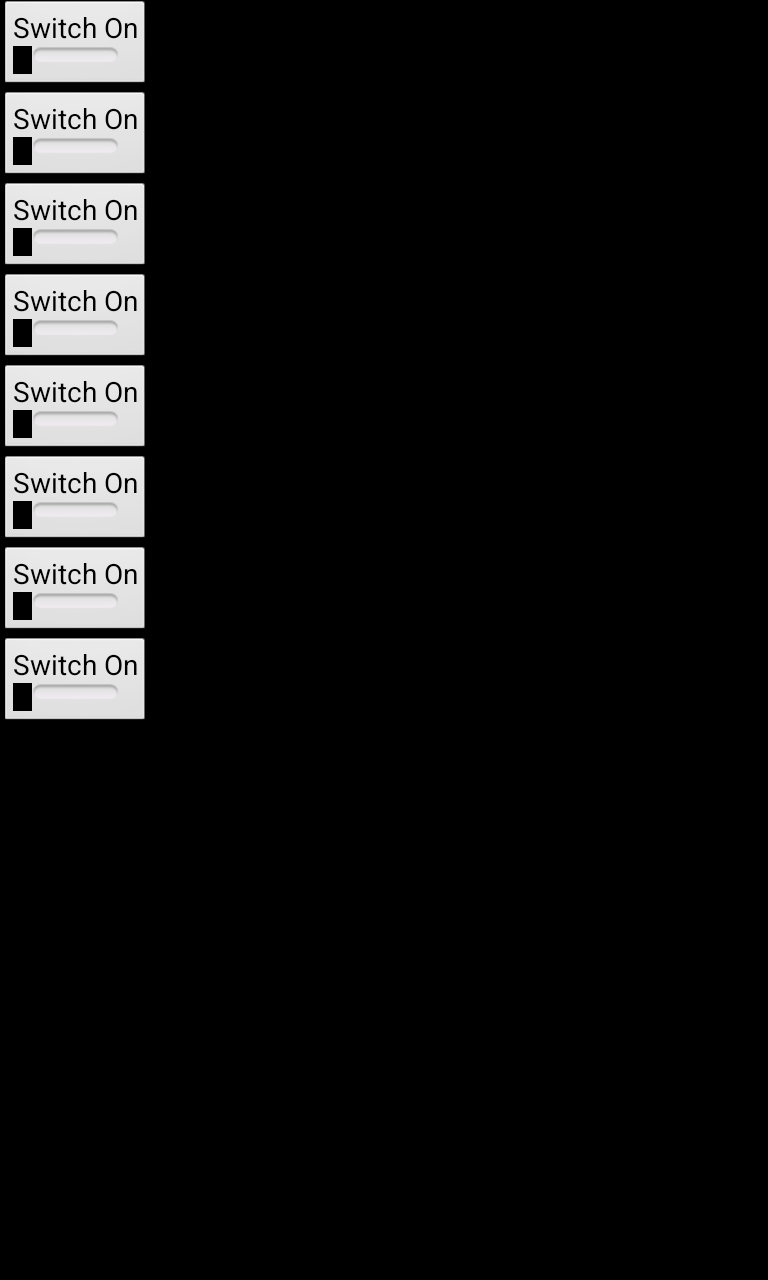
Repository: andrewmacquarrie/BoardTests
Layout: BoardTest/res/layout/main.xml
The author's editor kept a copy of each file at every save. The layout is drawn from the files as they stood at one save, then again after the next save.
It is drawn on a 768 x 1280 px phone screen (xhdpi) without system bars, with theme android:Theme; the app's code is not run.

Above is the layout before, as saved 2011-03-29 12:48:08.

After the next save:
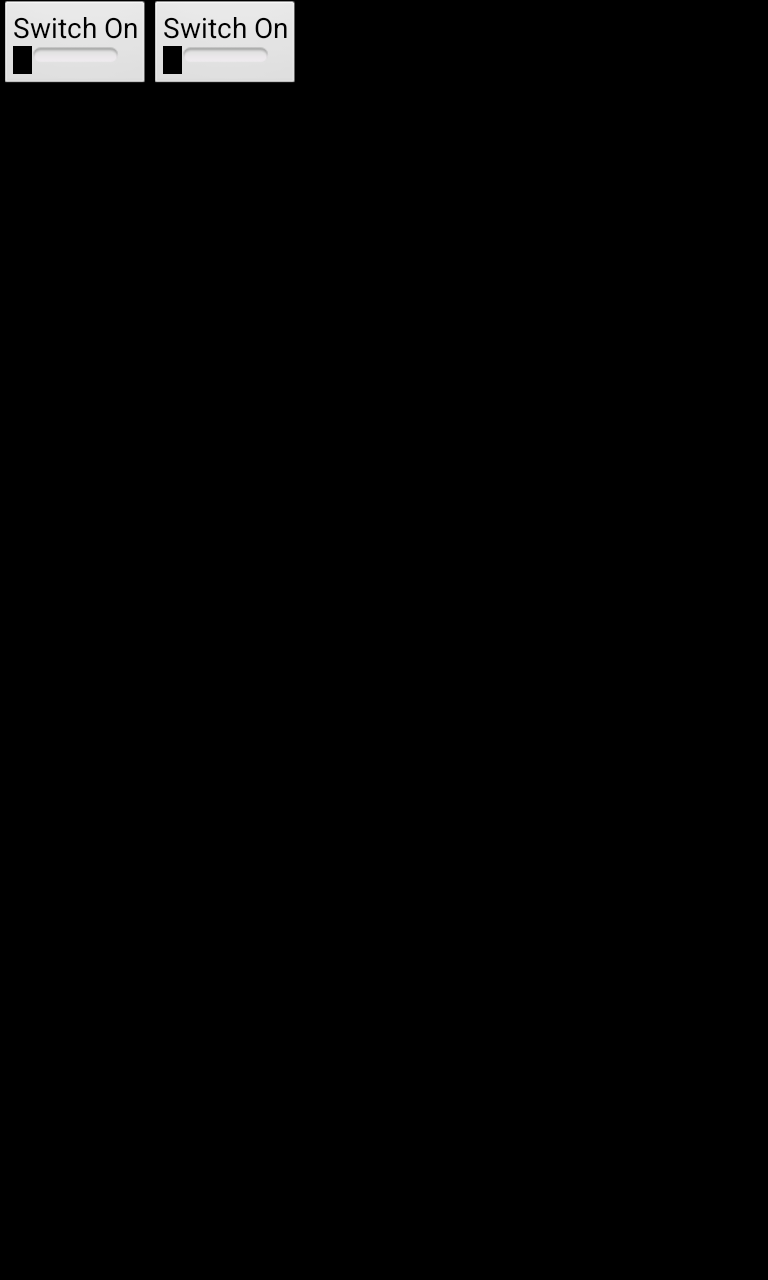
Saved 30 s later.
--- a/BoardTest/res/layout/main.xml
+++ b/BoardTest/res/layout/main.xml
@@ -1,6 +1,11 @@
 <?xml version="1.0" encoding="utf-8"?>
 <LinearLayout xmlns:android="http://schemas.android.com/apk/res/android"
     android:orientation="vertical"
+    android:layout_width="fill_parent"
+    android:layout_height="fill_parent"
+    >
+<LinearLayout xmlns:android="http://schemas.android.com/apk/res/android"
+    android:orientation="horizontal"
     android:layout_width="fill_parent"
     android:layout_height="fill_parent"
     >
@@ -18,6 +23,7 @@
      android:textOff="Switch On"
 	 android:textOn="Switch Off"
      android:onClick="toggleOutput" />
+</LinearLayout>
 <ToggleButton
      android:layout_height="wrap_content"
      android:layout_width="wrap_content"
